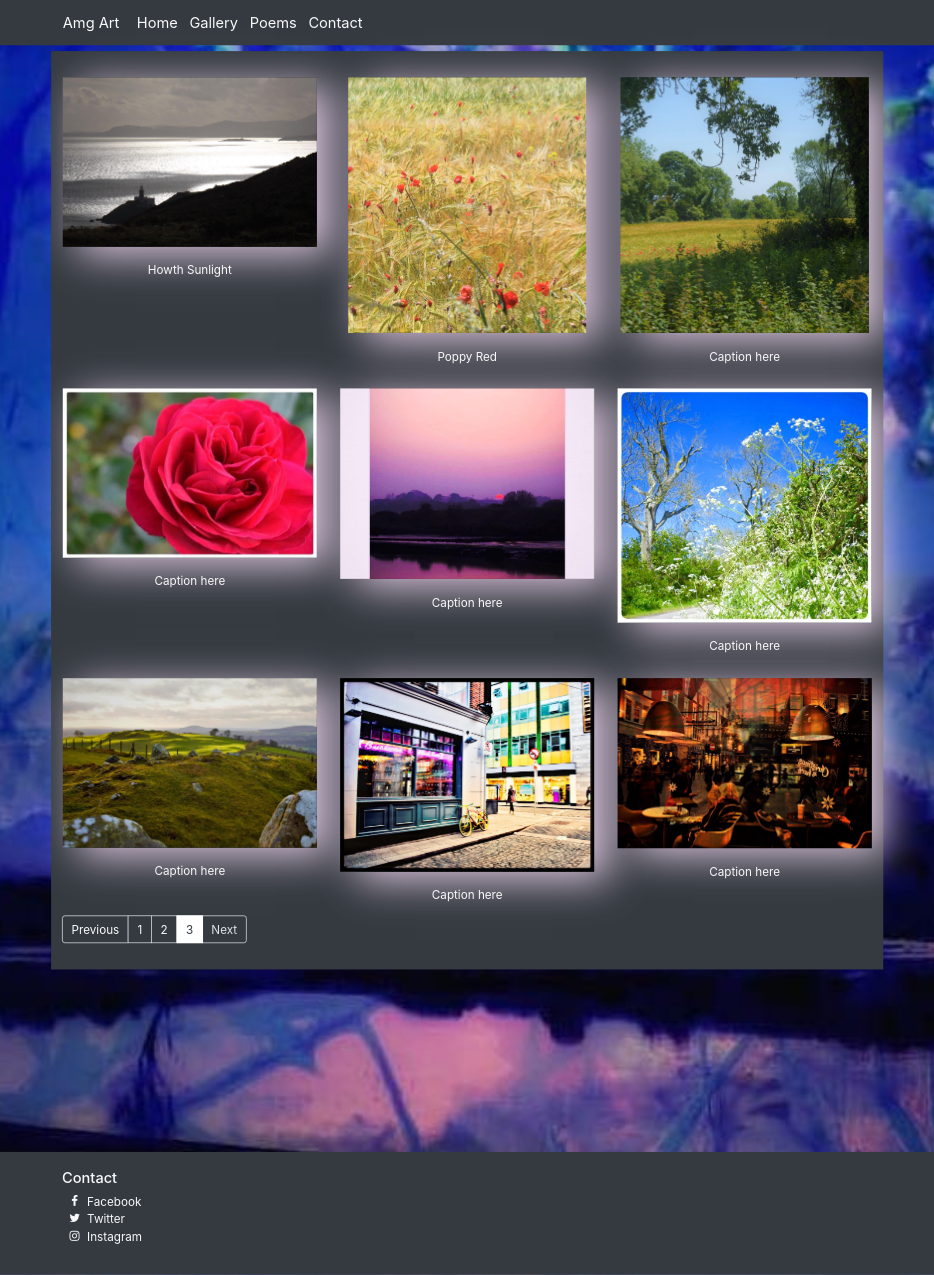
Repository: AllenGleeson/AmgArtGallery
Page: gallery3.html
The author's editor kept a record of every edit. The page is drawn from the files as they stood at one moment, then again after the next edit.
The browser window is 1280 px wide. The pictures show the whole page, at 73% of full size.

Above is the page before.

### gallery3.html
<!DOCTYPE html>
<html>

<head>
    <meta charset="UTF-8">
    <meta name="viewport" content="width=device-width, initial-scale=1.0">
    <meta http-equiv="X-UA-Compatible" content="ie=edge">
    <link rel="stylesheet" href="https://stackpath.bootstrapcdn.com/bootstrap/4.3.1/css/bootstrap.min.css" type="text/css" />
    <link rel="stylesheet" href="https://stackpath.bootstrapcdn.com/font-awesome/4.7.0/css/font-awesome.min.css" type="text/css" />
    <link rel="stylesheet" href="assets/css/style.css" type="text/css" />
</head>

<body>
    <header class="bg-dark mb-2">
        <nav class="navbar navbar-expand-sm navbar-light container">
            <a class="navbar-brand text-light" href="./index.html">Amg Art</a>
            <button class="navbar-toggler" type="button" data-toggle="collapse" data-target="#navbarNavAltMarkup" aria-controls="navbarNavAltMarkup" aria-expanded="false" aria-label="Toggle navigation">
                <span class="navbar-toggler-icon"></span>
            </button>
            <div class="collapse navbar-collapse" id="navbarNavAltMarkup">
                <div class="navbar-nav">
                    <a class="nav-item nav-link text-light" href="./index.html">Home</a>
                    <a class="nav-item nav-link text-light" href="./gallery1.html">Gallery</a>
                    <a class="nav-item nav-link text-light" href="./poems.html">Poems</a>
                    <a class="nav-item nav-link text-light active" href="./contact.html">Contact <span class="sr-only">(current)</span></a>
                </div>
            </div>
        </nav>
    </header>

    <section class="container bg-dark">

        <div class="row">
            <div class="col-sm-4 p-3 text-center" data-toggle="modal" data-target="#image-01">
                <img src="assets/images/howthsunlight.jpg" class="galleryImage"></img>
                <div class="text-center text-light">Howth Sunlight</div>
            </div>
            <div class="col-sm-4 p-3 text-center" data-toggle="modal" data-target="#image-02">
                <img src="assets/images/poppyred.jpg" class="galleryImage"></img>
                <div class="text-center text-light">Poppy Red</div>
            </div>
            <div class="col-sm-4 p-3 text-center" data-toggle="modal" data-target="#image-03">
                <img src="assets/images/poppyfield.jpg" class="galleryImage"></img>
                <div class="text-center text-light">Caption here</div>
            </div>
            <div class="col-sm-4 p-3 text-center" data-toggle="modal" data-target="#image-04">
                <img src="assets/images/rose.jpg" class="galleryImage"></img>
                <div class="text-center text-light">Caption here</div>
            </div>
            <div class="col-sm-4 p-3 text-center" data-toggle="modal" data-target="#image-05">
                <img src="assets/images/sunsetmeath.jpg" class="galleryImage"></img>
                <div class="text-center text-light">Caption here</div>
            </div>
            <div class="col-sm-4 p-3 text-center" data-toggle="modal" data-target="#image-06">
                <img src="assets/images/summercowparsley.jpg" class="galleryImage"></img>
                <div class="text-center text-light">Caption here</div>
            </div>
            <div class="col-sm-4 p-3 text-center" data-toggle="modal" data-target="#image-07">
                <img src="assets/images/loghcrewmeath.jpg" class="galleryImage"></img>
                <div class="text-center text-light">Caption here</div>
            </div>
            <div class="col-sm-4 p-3 text-center" data-toggle="modal" data-target="#image-08">
                <img src="assets/images/dublincafe.jpg" class="galleryImage"></img>
                <div class="text-center text-light">Caption here</div>
            </div>
            <div class="col-sm-4 p-3 text-center" data-toggle="modal" data-target="#image-09">
                <img src="assets/images/citydreaming.jpg" class="galleryImage"></img>
                <div class="text-center text-light">Caption here</div>
            </div>
        </div>

        <!--  Gallery Page Navigation -->

        <nav aria-label="GalleryNav">
            <ul class="pagination">
                <li class="page-item">
                    <a class="page-link" href="./gallery2.html" tabindex="-1">Previous</a>
                </li>
                <li class="page-item">
                    <a class="page-link" href="./gallery1.html">1 <span class="sr-only">(current)</span></a>
                </li>
                <li class="page-item">
                    <a class="page-link" href="./gallery2.html">2 <span class="sr-only">(current)</span></a>
                </li>
                <li class="page-item active">
                    <a class="page-link active" href="./gallery3.html">3 <span class="sr-only">(current)</span></a>
                </li>
                <li class="page-item disabled">
                    <a class="page-link disabled" href="./gallery3.html">Next</a>
                </li>
            </ul>
        </nav>
    </section>

    <footer class="p-4 bg-dark text-light">
        <div class="container">
            <div class="row">
                <div class="col-sm-6">
                    <h5>Contact</h5>

                    <ul class="fa-ul">
                        <li><a href="www.facebook.com/amgasdsd" class="text-light"><i class="fa-li fa fa-facebook"></i><span>Facebook</span></a></li>
                        <li><a href="www.twitter.com/amgasdsd" class="text-light"><i class="fa-li fa fa-twitter"></i><span>Twitter</span></a></li>
                        <li><a href="www.instagram.com/amgasdsd" class="text-light"><i class="fa-li fa fa-instagram"></i><span>Instagram</span></a></li>
                    </ul>
                </div>
            </div>
        </div>
    </footer>

    <!-- Modals for Images -->

    <div class="modal fade" id="image-01" tabindex="-1" role="dialog" aria-labelledby="exampleModalLabel" aria-hidden="true">
        <div class="modal-dialog modal-dialog-centered" role="image">
            <div class="modal-content">
                <div class="modal-body">
                    <img src="assets/images/summertreeshowth.jpg" class="mw-100"></img>
                    <div class="text-center">Summer trees, Howth</div>
                </div>
            </div>
        </div>
    </div>

    <div class="modal fade" id="image-02" tabindex="-1" role="dialog" aria-labelledby="exampleModalLabel" aria-hidden="true">
        <div class="modal-dialog modal-dialog-centered" role="image">
            <div class="modal-content">
                <div class="modal-body">
                    <img src="assets/images/summercowparsley.jpg" class="mw-100"></img>
                    <div class="text-center">Late spring, Wicklow</div>
                </div>
            </div>
        </div>
    </div>

    <div class="modal fade" id="image-03" tabindex="-1" role="dialog" aria-labelledby="exampleModalLabel" aria-hidden="true">
        <div class="modal-dialog modal-dialog-centered" role="image">
            <div class="modal-content">
                <div class="modal-body">
                    <img src="assets/images/poppyfield.jpg" class="mw-100"></img>
                    <div class="text-center">Poppy field</div>
                </div>
            </div>
        </div>
    </div>

    <div class="modal fade" id="image-04" tabindex="-1" role="dialog" aria-labelledby="exampleModalLabel" aria-hidden="true">
        <div class="modal-dialog modal-dialog-centered" role="image">
            <div class="modal-content">
                <div class="modal-body">
                    <img src="assets/images/rose.jpg" class="mw-100"></img>
                    <div class="text-center">Rose</div>
                </div>
            </div>
        </div>
    </div>

    <div class="modal fade" id="image-05" tabindex="-1" role="dialog" aria-labelledby="exampleModalLabel" aria-hidden="true">
        <div class="modal-dialog modal-dialog-centered" role="image">
            <div class="modal-content">
                <div class="modal-body">
                    <img src="assets/images/sunsetmeath.jpg" class="mw-100"></img>
                    <div class="text-center">Sunset, Meath</div>
                </div>
            </div>
        </div>
    </div>

    <div class="modal fade" id="image-06" tabindex="-1" role="dialog" aria-labelledby="exampleModalLabel" aria-hidden="true">
        <div class="modal-dialog modal-dialog-centered" role="image">
            <div class="modal-content">
                <div class="modal-body">
                    <img src="assets/images/summercowparsley.jpg" class="mw-100"></img>
                    <div class="text-center">Summer cow parsley</div>
                </div>
            </div>
        </div>
    </div>

    <div class="modal fade" id="image-07" tabindex="-1" role="dialog" aria-labelledby="exampleModalLabel" aria-hidden="true">
        <div class="modal-dialog modal-dialog-centered" role="image">
            <div class="modal-content">
                <div class="modal-body">
                    <img src="assets/images/loghcrewmeath.jpg" class="mw-100"></img>
                    <div class="text-center">Loghcrew, Meath</div>
                </div>
            </div>
        </div>
    </div>

    <div class="modal fade" id="image-08" tabindex="-1" role="dialog" aria-labelledby="exampleModalLabel" aria-hidden="true">
        <div class="modal-dialog modal-dialog-centered" role="image">
            <div class="modal-content">
                <div class="modal-body">
                    <img src="assets/images/dublincafe.jpg" class="mw-100"></img>
                    <div class="text-center">Dublin cafe</div>
                </div>
            </div>
        </div>
    </div>

    <div class="modal fade" id="image-09" tabindex="-1" role="dialog" aria-labelledby="exampleModalLabel" aria-hidden="true">
        <div class="modal-dialog modal-dialog-centered" role="image">
            <div class="modal-content">
                <div class="modal-body">
                    <img src="assets/images/citydreaming.jpg" class="mw-100"></img>
                    <div class="text-center">City dreaming</div>
                </div>
            </div>
        </div>
    </div>

    <script src="https://code.jquery.com/jquery-3.3.1.slim.min.js" integrity="sha384-q8i/X+965DzO0rT7abK41JStQIAqVgRVzpbzo5smXKp4YfRvH+8abtTE1Pi6jizo" crossorigin="anonymous"></script>
    <script src="https://cdnjs.cloudflare.com/ajax/libs/popper.js/1.14.7/umd/popper.min.js" integrity="sha384-UO2eT0CpHqdSJQ6hJty5KVphtPhzWj9WO1clHTMGa3JDZwrnQq4sF86dIHNDz0W1" crossorigin="anonymous"></script>
    <script src="https://stackpath.bootstrapcdn.com/bootstrap/4.3.1/js/bootstrap.min.js" integrity="sha384-JjSmVgyd0p3pXB1rRibZUAYoIIy6OrQ6VrjIEaFf/nJGzIxFDsf4x0xIM+B07jRM" crossorigin="anonymous"></script>
</body>
</html>

### assets/css/style.css
section {
    display: block;
    width: 1800px;
    padding: 20px;
}

/*------------------------------------------------Color*/

.contentColor {
    background-color: #6A5ACD;
}

/*------------------------------------------------Nav Bar*/

.navbar-toggler {
    background-color: #fafafa;
}

.navbar-nav {
    font-size: 20px;
}

body {
    background-image: url("../images/bluescape.jpg");
    background-size: cover;
    background-repeat: no-repeat;
    background-position: center center;
}


/*------------------------------------------------Home Page*/

#FeaturedImages {
    border: 1px solid black;
    border-color: #fafafa;
    max-height: 700px;
    margin-left: auto;
    margin-right: auto;
    width: fit-content;
}

.carousel-item img {
    max-height: 700px;
}

@media only screen and (max-width: 768px) {
    .carousel-item img {
        max-height: 300px;
        max-width: 300px;
    }
}

/*------------------------------------------------Gallery Page*/

.galleryImage {
    max-height: 350px;
    max-width: 100%;
    margin-bottom: 20px;
    -webkit-box-shadow: 21px 11px 53px 0px rgba(235, 209, 235, 0.92);
    -moz-box-shadow: 21px 11px 53px 0px rgba(235, 209, 235, 0.92);
    box-shadow: 21px 11px 53px 0px rgba(235, 209, 235, 0.92);
}

@media only screen and (max-width: 768px) {
    .galleryImage {
        max-height: none;
    }
}

.page-item.disabled .page-link {
    color: #dee2e6;
    pointer-events: none;
    cursor: auto;
    background-color: #343a40;
}

.page-item.active .page-link {
    z-index: 1;
    color: #343a40;
    background-color: #fff;
    border-color: #fff;
}

.page-link {
    position: relative;
    display: block;
    padding: .5rem .75rem;
    margin-left: -1px;
    line-height: 1.25;
    color: #fafafa;
    background-color: #343a40;
    border: 1px solid #dee2e6;
}

/*------------------------------------------------Poems*/

.poems {
    max-width: 100%;
    -webkit-box-shadow: 21px 11px 53px 0px rgba(235, 209, 235, 0.92);
    -moz-box-shadow: 21px 11px 53px 0px rgba(235, 209, 235, 0.92);
    box-shadow: 21px 11px 53px 0px rgba(235, 209, 235, 0.92);
    padding: 0;
    border: none;
}

/*------------------------------------------------Contact*/

.aboutmeContainer {
    -webkit-box-shadow: 21px 11px 53px 0px rgba(235, 209, 235, 0.92);
    -moz-box-shadow: 21px 11px 53px 0px rgba(235, 209, 235, 0.92);
    box-shadow: 21px 11px 53px 0px rgba(235, 209, 235, 0.92);
    margin-bottom: 90px;
}

#aboutmeBio {
    font-size: 22px;
    font-family: Noto Sans, "san-serif";
    color: #fafafa;
}

#aboutImage {
    max-height: 350px;
    max-width: 100%;
    margin-bottom: 20px;
    -webkit-box-shadow: 21px 11px 53px 0px rgba(235, 209, 235, 0.92);
    -moz-box-shadow: 21px 11px 53px 0px rgba(235, 209, 235, 0.92);
    box-shadow: 21px 11px 53px 0px rgba(235, 209, 235, 0.92);
}

@media only screen and (max-width: 768px) {
    #aboutImage {
        max-height: none;
    }
}

/*------------------------------------------------Footer*/

footer {
    bottom: 0;
    width: 100%;
    white-space: nowrap;
    /* Set the fixed height of the footer here */
    margin: 0;
    margin-top: 250px;
}

@media only screen and (max-width: 500px) {
    footer {
        margin-top: 20px;
    }
}

#footer-icon {
    max-width: 150px;
}

After the next edit:
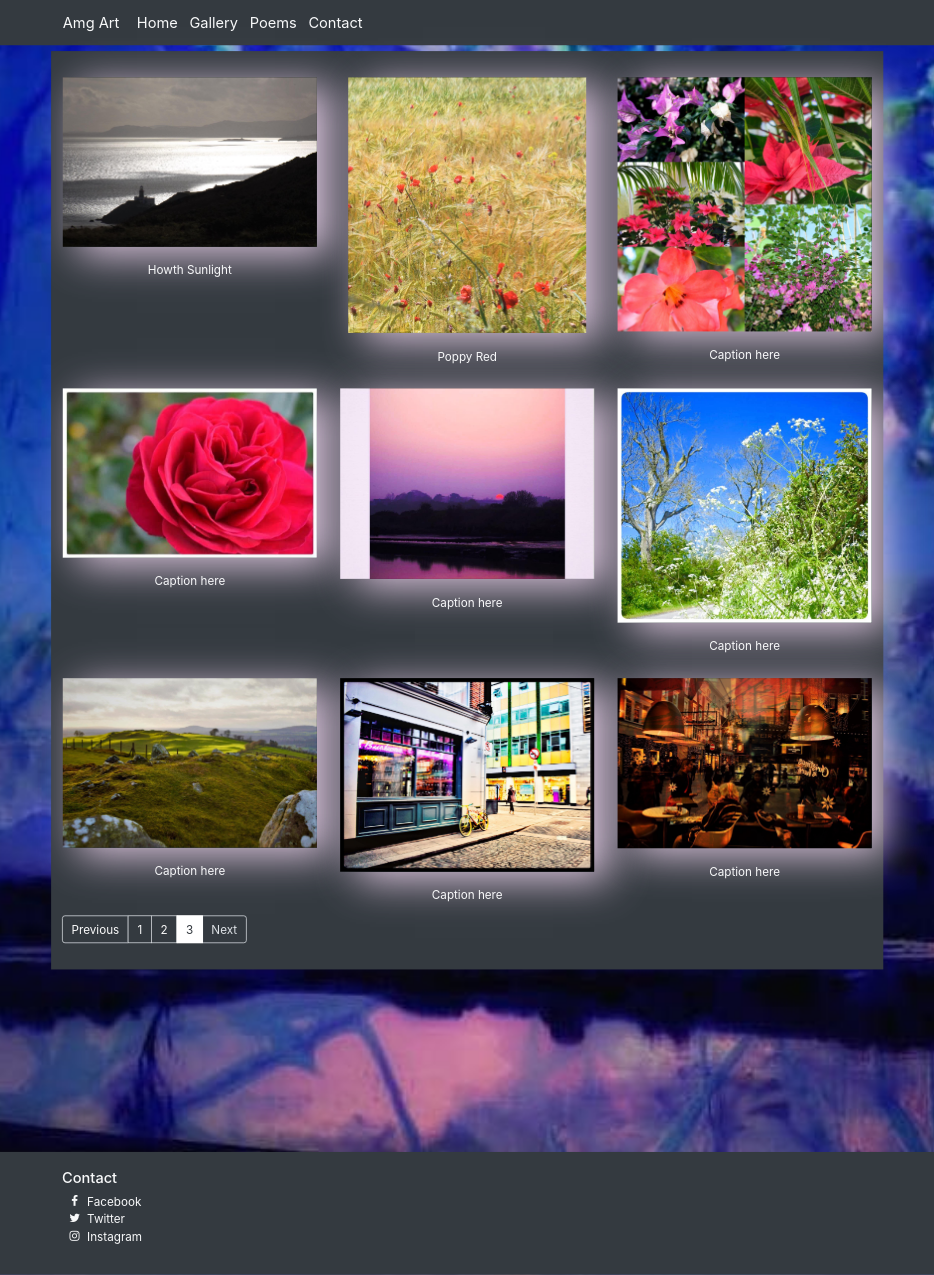
The edit:
--- a/gallery3.html
+++ b/gallery3.html
@@ -40,7 +40,7 @@
                 <div class="text-center text-light">Poppy Red</div>
             </div>
             <div class="col-sm-4 p-3 text-center" data-toggle="modal" data-target="#image-03">
-                <img src="assets/images/poppyfield.jpg" class="galleryImage"></img>
+                <img src="assets/images/howhouseflowers.jpg" class="galleryImage"></img>
                 <div class="text-center text-light">Caption here</div>
             </div>
             <div class="col-sm-4 p-3 text-center" data-toggle="modal" data-target="#image-04">
